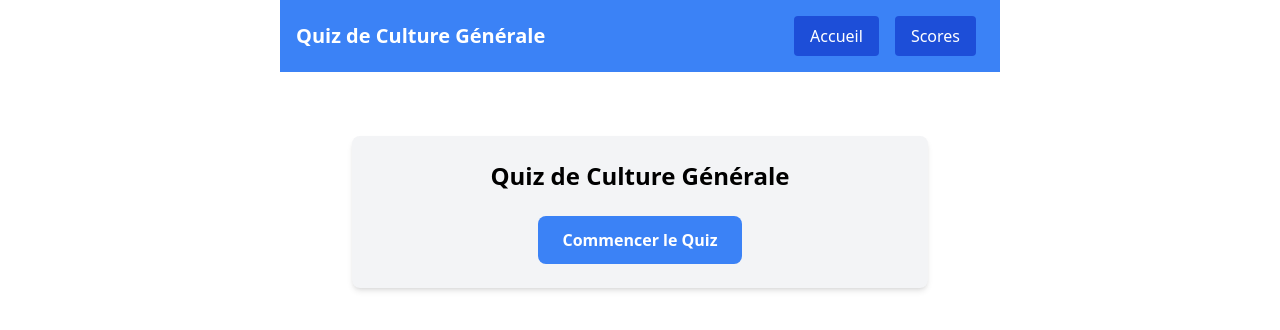
Repository: snaike71/quizvue
Page: /
The author's editor kept a copy of each file at every save. The page is drawn from the files as they stood at one save, then again after the next save.
The browser window is 1280 px wide. The pictures show the whole page.
The project was rebuilt for these pictures with package versions that can differ from the ones it lists, and the page was loaded fresh each time. Also part of the build but not shown: vite.config.ts, src/components/QuizProgress.vue, src/components/QuizQuestion.vue, src/components/QuizTimer.vue, src/components/Leaderboard.vue.

Above is the page before, as saved 2024-10-31 16:19:28.

### src/main.ts
import './assets/main.css'

import { createApp } from 'vue'
import App from './App.vue'
import { createPinia } from 'pinia';

const app = createApp(App);
app.use(createPinia());
app.mount('#app');

### src/App.vue
<template>
  <div class="app-container">
    <!-- Barre de navigation -->
    <nav class="bg-blue-500 text-white p-4 flex justify-between items-center">
      <h1 class="text-xl font-bold">Quiz de Culture Générale</h1>
      <div>
        <button @click="showStartScreen" class="mx-2 px-4 py-2 bg-blue-700 rounded hover:bg-blue-800 transition">Accueil</button>
        <button @click="showLeaderboard" class="mx-2 px-4 py-2 bg-blue-700 rounded hover:bg-blue-800 transition">Scores</button>
      </div>
    </nav>

    <!-- Contenu principal -->
    <div class="main-content p-6">
      <div v-if="currentView === 'start'">
        <QuizApp :view="currentView" @quiz-start="startQuiz" />
      </div>
      <div v-else-if="currentView === 'leaderboard'">
        <Leaderboard />
      </div>
      <div v-else>
        <QuizApp :view="currentView" @quiz-start="startQuiz" />
      </div>
    </div>
  </div>
</template>

<script lang="ts">
import { defineComponent, ref } from 'vue';
import QuizApp from './components/QuizApp.vue';
import Leaderboard from './components/Leaderboard.vue';

export default defineComponent({
  components: { QuizApp, Leaderboard },
  setup() {
    const currentView = ref('start');

    const showStartScreen = () => {
      currentView.value = 'start';
    };

    const showLeaderboard = () => {
      currentView.value = 'leaderboard';
    };

    const startQuiz = () => {
      currentView.value = 'quiz';
    };

    return {
      currentView,
      showStartScreen,
      showLeaderboard,
      startQuiz
    };
  }
});
</script>

<style>
.app-container {
  width: 100vh;
  margin: 0 auto;
}
</style>

### src/components/QuizApp.vue
<template>
  <div class="quiz-container max-w-xl mx-auto bg-gray-100 p-6 rounded-lg shadow-md mt-10">
    <div v-if="view === 'start' && !quizStore.quizStarted && !quizStore.quizEnded" class="text-center">
      <h1 class="text-2xl font-bold mb-6">Quiz de Culture Générale</h1>
      <button @click="startQuiz" class="px-6 py-3 bg-blue-500 text-white font-semibold rounded-lg hover:bg-blue-600">
        Commencer le Quiz
      </button>
    </div>

    <div v-else-if="quizStore.quizStarted && !quizStore.quizEnded">
      <QuizProgress :currentIndex="quizStore.currentQuestionIndex" :totalQuestions="quizStore.selectedQuestions.length" />
      <QuizTimer :initialTime="quizStore.timer" @time-up="handleTimeUp" />
      <QuizQuestion :question="quizStore.currentQuestion" @answer="handleAnswer" />

      <p v-if="showFeedback" :class="{'text-green-500': isCorrect, 'text-red-500': !isCorrect}" class="text-center text-lg font-semibold mt-4">
        {{ feedbackMessage }}
      </p>
    </div>

    <div v-if="quizStore.quizEnded" class="text-center">
      <h2 class="text-xl font-bold">Votre score final : {{ quizStore.score }}/10</h2>
      <button @click="startQuiz" class="mt-6 px-4 py-2 bg-blue-500 text-white rounded hover:bg-blue-600">Rejouer</button>
    </div>
  </div>
</template>

<script lang="ts">
import { defineComponent, ref } from 'vue';
import { useQuizStore } from '@/store/quizStore';
import QuizProgress from './QuizProgress.vue';
import QuizQuestion from './QuizQuestion.vue';
import QuizTimer from './QuizTimer.vue';

export default defineComponent({
  components: { QuizProgress, QuizQuestion, QuizTimer },
  props: {
    view: { type: String, default: 'start' }
  },
  setup(_, { emit }) {
    const quizStore = useQuizStore();
    const feedbackMessage = ref('');
    const isCorrect = ref(false);
    const showFeedback = ref(false);

    const startQuiz = async () => {
      await quizStore.loadQuestions();
      quizStore.startQuiz();
      emit('quiz-start');
    };

    const handleAnswer = (selectedAnswer: string | null) => {
      const correctAnswer = quizStore.currentQuestion.answer;
      isCorrect.value = selectedAnswer === correctAnswer;
      feedbackMessage.value = isCorrect.value ? "Bonne réponse !" : "Mauvaise réponse !";
      showFeedback.value = true;

      setTimeout(() => {
        showFeedback.value = false;
      }, 2000);

      if (isCorrect.value) quizStore.incrementScore();
      quizStore.nextQuestion();
    };

    const handleTimeUp = () => {
      handleAnswer(null);
    };

    return { quizStore, feedbackMessage, isCorrect, showFeedback, startQuiz, handleAnswer, handleTimeUp };
  }
});
</script>

### src/store/quizStore.ts
// src/store/quizStore.ts
import { defineStore } from 'pinia';

export const useQuizStore = defineStore('quiz', {
  state: () => ({
    questions: [] as Array<{ text: string; options: string[]; answer: string }>,
    selectedQuestions: [] as Array<{ text: string; options: string[]; answer: string }>,
    currentQuestionIndex: 0,
    score: 0,
    timer: 10,
    quizStarted: false,
    quizEnded: false,
    leaderboard: JSON.parse(localStorage.getItem('quizScores') || '[]') as Array<{ score: number; date: string }>
  }),
  actions: {
    async loadQuestions() {
      const response = await fetch('/questions.json');
      this.questions = await response.json();
      this.selectedQuestions = this.shuffleArray(this.questions).slice(0, 10);
    },
    startQuiz() {
      this.quizStarted = true;
      this.currentQuestionIndex = 0;
      this.score = 0;
      this.quizEnded = false;
      this.timer = 10;
    },
    nextQuestion() {
      if (this.currentQuestionIndex < this.selectedQuestions.length - 1) {
        this.currentQuestionIndex++;
        this.timer = 10;
      } else {
        this.endQuiz();
      }
    },
    incrementScore() {
      this.score++;
    },
    endQuiz() {
      this.quizEnded = true;
      this.quizStarted = false;
      this.saveScore();
    },
    saveScore() {
      const newScore = { score: this.score, date: new Date().toISOString() };
      this.leaderboard.push(newScore);
      localStorage.setItem('quizScores', JSON.stringify(this.leaderboard));
    },
    shuffleArray(array: any[]) {
      return array.sort(() => Math.random() - 0.5);
    }
  },
  getters: {
    progressPercentage(state) {
      return ((state.currentQuestionIndex + 1) / state.selectedQuestions.length) * 100;
    },
    currentQuestion(state) {
      return state.selectedQuestions[state.currentQuestionIndex];
    }
  }
});

### tailwind.config.js
/** @type {import('tailwindcss').Config} */
export default {
  content: [
    "./src/**/*.{vue,js,ts,jsx,tsx}"
  ],
  theme: {
    extend: {},
  },
  plugins: [],
}

Loaded but not shown: index.html (common file); src/assets/main.css (common file)

After the next save:
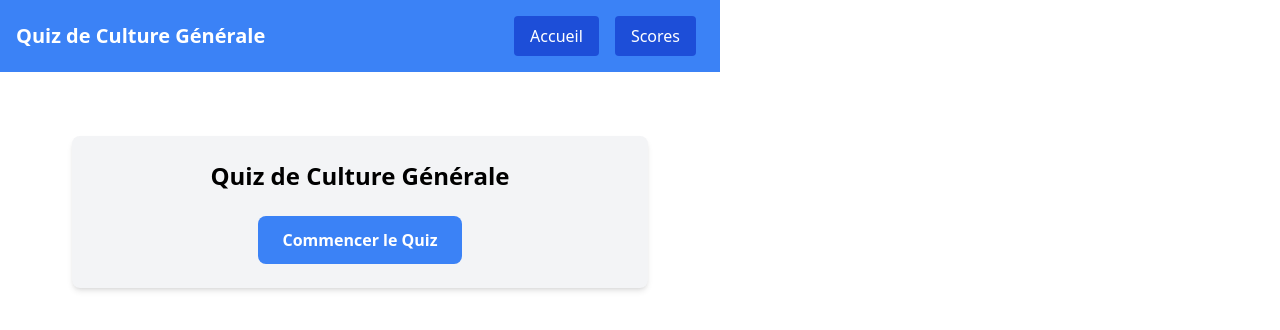
Saved 10 s later.
--- a/src/App.vue
+++ b/src/App.vue
@@ -59,6 +59,6 @@
 <style>
 .app-container {
   width: 100vh;
-  margin: 0 auto;
+
 }
 </style>

After the save that followed:
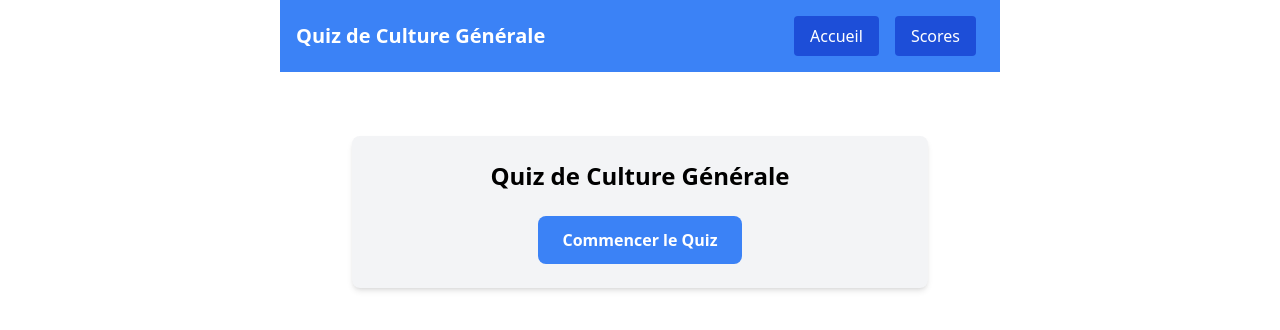
Saved 4 s later.
--- a/src/App.vue
+++ b/src/App.vue
@@ -59,6 +59,6 @@
 <style>
 .app-container {
   width: 100vh;
-
+  margin: 0 auto;
 }
 </style>
